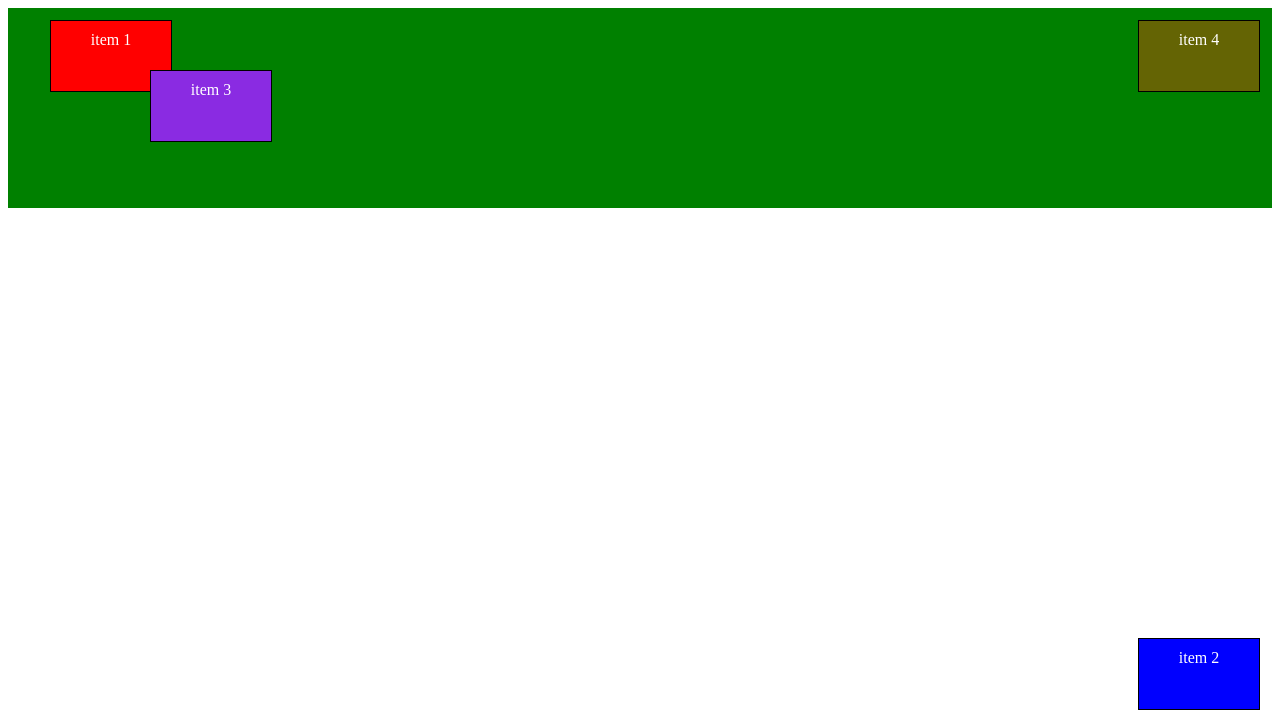
Repository: nmaury/TpsCambodge
Page: InternetProgramming/Css/sample.html
An editor plug-in stored every save of this project. The page is shown before and after the next save, followed by the edit.
The browser window is 1280 px wide. The pictures show the whole page.

Above is the page before, as saved 2022-12-06 02:46:29.

### InternetProgramming/Css/sample.html
<!DOCTYPE html>
<html>
<head>
    <link rel="stylesheet" href="sample.css">
</head>
<body>
    <div class="parent">
        <div class="item item1">item 1
        </div>
        <div class="item item3">item 3
        </div>
        <div class="item item4">item 4
        </div>
    </div>
    <div class="parent2">
        <div class="item item2">item 2
        </div>
    </div>
</body>
</html>

### InternetProgramming/Css/sample.css
.item{
    background-color: rgb(100,100,4);
    padding : 10px;
    width: 100px;
    height: 50px;
    color: white;
    text-align: center;
    position: absolute;
    border: 1px solid black;
}
.item1{
    background-color: red;
    left: 50px;
    top: 20px;
}
.item2{
    background-color: blue;
    right: 20px;
    bottom: 10px;
}
.item3{
    background-color: blueviolet;
    left: 150px;
    top: 70px;
}
.item4{
    position: fixed;
    right: 20px;
    top: 20px;
}
.parent{
    background-color: rgb(6,43,43);
    width: 100%;
    height: 400px;
}
.parent{
    background-color: green;
    width: 100%;
    height: 200px;
}

After the next save:
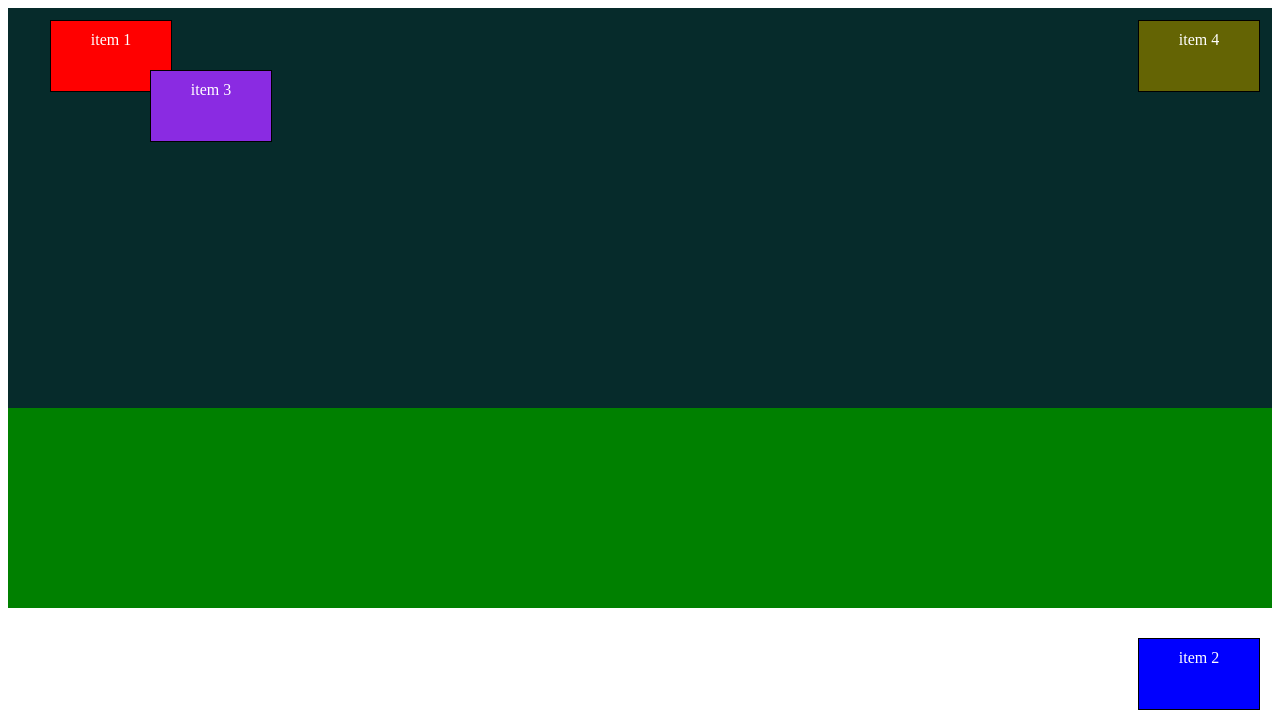
Saved 22 s later.
--- a/InternetProgramming/Css/sample.css
+++ b/InternetProgramming/Css/sample.css
@@ -33,7 +33,7 @@
     width: 100%;
     height: 400px;
 }
-.parent{
+.parent2{
     background-color: green;
     width: 100%;
     height: 200px;
